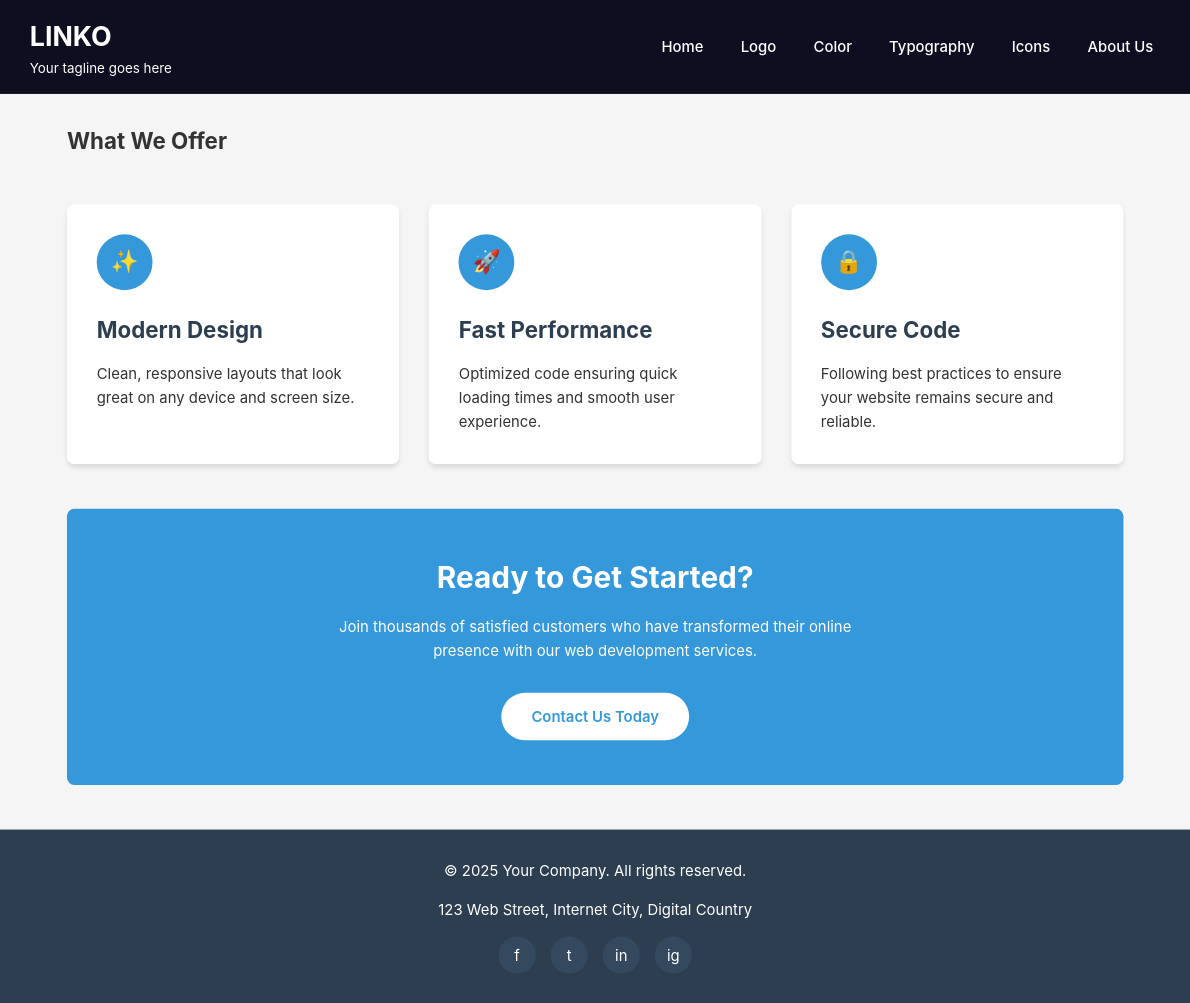
Repository: primcharlin/LINKO-A5Styleguide
Page: index.html
These files come from the project's save history. The page is drawn as it stood at one moment and after the next save; the edit follows.
The browser window is 1280 px wide. The pictures show the whole page, at 93% of full size.

Above is the page before, as saved 2025-04-09 13:54:17.

### index.html
<!DOCTYPE html>
<html lang="en">
<head>
    <meta charset="UTF-8">
    <meta name="viewport" content="width=device-width, initial-scale=1.0">
    <title>Modern Website</title>
    <link rel="stylesheet" href="styles.css">
</head>
<body>
    <header>
        <div class="logo">
            <h1>LINKO</h1>
            <p>Your tagline goes here</p>
        </div>

        <nav>
            <ul>
                <li><a href="#">Home</a></li>
                <li><a href="#">Logo</a></li>
                <li><a href="#">Color</a></li>
                <li><a href="#">Typography</a></li>
                <li><a href="#">Icons</a></li>
                <li><a href="#">About Us</a></li>
            </ul>
        </nav>
    </header>

    <main>
        <section>
            <h2>What We Offer</h2>
            <div class="features">
                <div class="feature-card">
                    <div class="feature-icon">✨</div>
                    <h3>Modern Design</h3>
                    <p>Clean, responsive layouts that look great on any device and screen size.</p>
                </div>

                <div class="feature-card">
                    <div class="feature-icon">🚀</div>
                    <h3>Fast Performance</h3>
                    <p>Optimized code ensuring quick loading times and smooth user experience.</p>
                </div>

                <div class="feature-card">
                    <div class="feature-icon">🔒</div>
                    <h3>Secure Code</h3>
                    <p>Following best practices to ensure your website remains secure and reliable.</p>
                </div>
            </div>
        </section>

        <section class="cta">
            <h2>Ready to Get Started?</h2>
            <p>Join thousands of satisfied customers who have transformed their online presence with our web development services.</p>
            <a href="#" class="btn">Contact Us Today</a>
        </section>
    </main>

    <footer>
        <p>© 2025 Your Company. All rights reserved.</p>
        <p>123 Web Street, Internet City, Digital Country</p>
        <div class="social-links">
            <a href="#" class="social-icon">f</a>
            <a href="#" class="social-icon">t</a>
            <a href="#" class="social-icon">in</a>
            <a href="#" class="social-icon">ig</a>
        </div>
    </footer>
</body>
</html>

### styles.css
/* Reset styles */
* {
    margin: 0;
    padding: 0;
    box-sizing: border-box;
    font-family: Inter;
}

/* Body styles */
body {
    background-color: #f5f5f5;
    color: #333;
    line-height: 1.6;
}

/* Header styles */
header {
    background-color: #0F0E21;
    color: white;
    padding: 1rem 2rem;
    display: flex;
    justify-content: space-between;
    align-items: center;
}

.logo {
    display: flex;
    flex-direction: column;
}

header h1 {
    font-size: 1.8rem;
}

header p {
    font-size: 0.9rem;
}

/* Navigation styles */
nav {
    display: flex;
    align-items: center;
}

nav ul {
    display: flex;
    list-style: none;
    gap: 1.5rem;
}

nav a {
    color: white;
    text-decoration: none;
    font-weight: 500;
    transition: color 0.3s;
    padding: 0.5rem;
}

nav a:hover {
    color: #3498db;
}

/* Main content styles */
main {
    max-width: 1200px;
    margin: 2rem auto;
    padding: 0 2rem;
}

/* Features section */
.features {
    display: flex;
    flex-wrap: wrap;
    gap: 2rem;
    margin: 3rem 0;
}

.feature-card {
    flex: 1;
    min-width: 300px;
    background-color: white;
    padding: 2rem;
    border-radius: 8px;
    box-shadow: 0 4px 6px rgba(0, 0, 0, 0.1);
    transition: transform 0.3s, box-shadow 0.3s;
}

.feature-card:hover {
    transform: translateY(-5px);
    box-shadow: 0 10px 15px rgba(0, 0, 0, 0.1);
}

.feature-card h3 {
    color: #2c3e50;
    margin-bottom: 1rem;
    font-size: 1.5rem;
}

.feature-icon {
    background-color: #3498db;
    color: white;
    width: 60px;
    height: 60px;
    display: flex;
    align-items: center;
    justify-content: center;
    border-radius: 50%;
    margin-bottom: 1.5rem;
    font-size: 1.5rem;
}

/* CTA section */
.cta {
    background-color: #3498db;
    padding: 3rem 2rem;
    text-align: center;
    margin: 3rem 0;
    border-radius: 8px;
    color: white;
}

.cta h2 {
    font-size: 2rem;
    margin-bottom: 1rem;
}

.cta p {
    max-width: 600px;
    margin: 0 auto 2rem;
}

.btn {
    display: inline-block;
    background-color: white;
    color: #3498db;
    padding: 0.8rem 2rem;
    border-radius: 50px;
    text-decoration: none;
    font-weight: 600;
    transition: background-color 0.3s, transform 0.3s;
}

.btn:hover {
    background-color: #f5f5f5;
    transform: scale(1.05);
}

/* Footer styles */
footer {
    background-color: #2c3e50;
    color: white;
    padding: 2rem;
    text-align: center;
}

footer p {
    margin-bottom: 1rem;
}

.social-links {
    display: flex;
    justify-content: center;
    gap: 1rem;
    margin-top: 1rem;
}

.social-icon {
    background-color: #34495e;
    color: white;
    width: 40px;
    height: 40px;
    display: flex;
    align-items: center;
    justify-content: center;
    border-radius: 50%;
    text-decoration: none;
    transition: background-color 0.3s;
}

.social-icon:hover {
    background-color: #3498db;
}

/* Responsive styles */
@media (max-width: 900px) {
    header {
        flex-direction: column;
        padding: 1rem;
        text-align: center;
    }

    .logo {
        margin-bottom: 1rem;
    }

    nav ul {
        flex-wrap: wrap;
        justify-content: center;
        gap: 1rem 1.5rem;
    }
}

@media (max-width: 600px) {
    .features {
        flex-direction: column;
    }
}

After the next save:
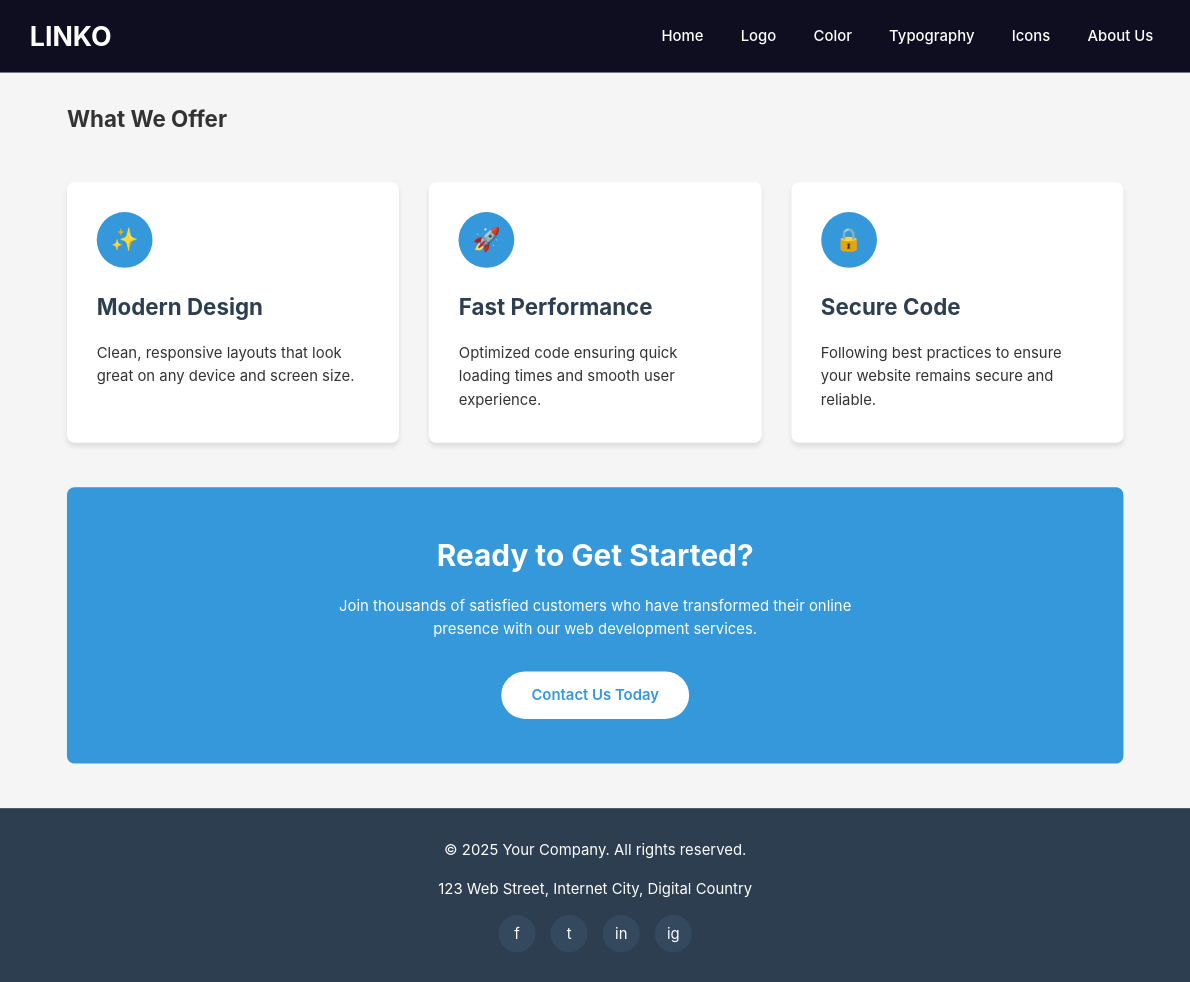
Saved 61 s later.
--- a/index.html
+++ b/index.html
@@ -10,7 +10,7 @@
     <header>
         <div class="logo">
             <h1>LINKO</h1>
-            <p>Your tagline goes here</p>
+
         </div>
 
         <nav>
